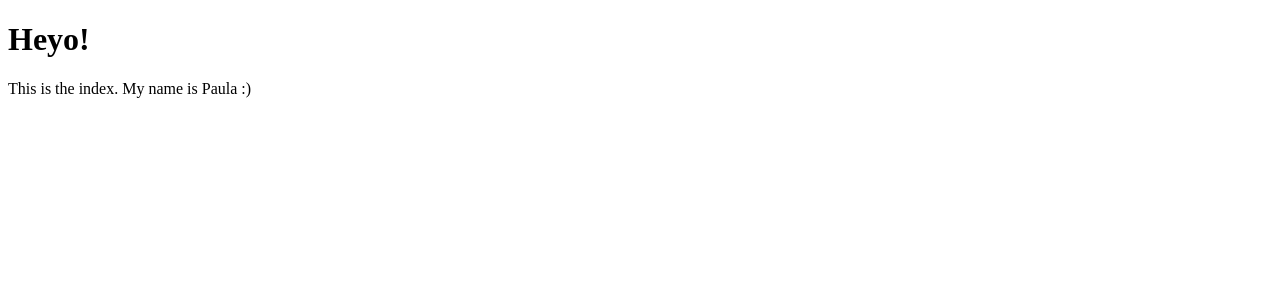
Repository: pflores002/pflores002.github.io
Page: index.html
The author's editor kept a record of every edit. The page is drawn from the files as they stood at one moment, then again after the next edit.
The browser window is 1280 px wide. The pictures show the whole page.

Above is the page before.

### index.html
<!DOCTYPE html>
<html>
<head>
<title>pflores2002</title>
</head>
<body>

<h1>Heyo!</h1>
<p>This is the index. My name is Paula :)</p>

</body>
</html>

After the next edit:
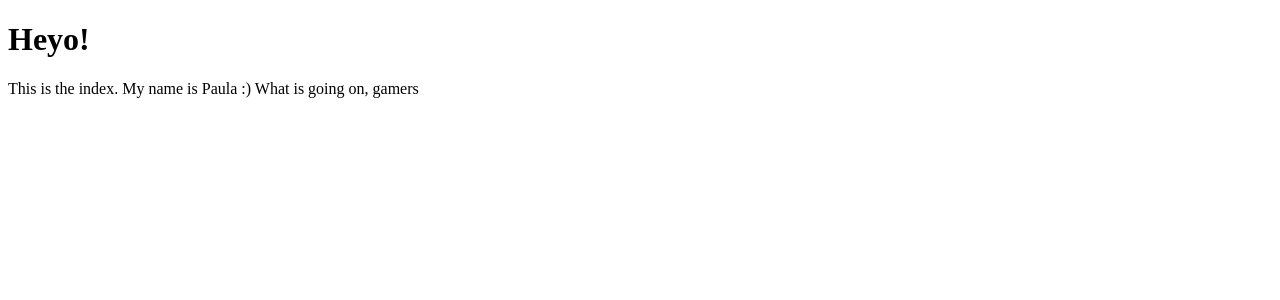
The edit:
--- a/index.html
+++ b/index.html
@@ -6,7 +6,7 @@
 <body>
 
 <h1>Heyo!</h1>
-<p>This is the index. My name is Paula :)</p>
+<p>This is the index. My name is Paula :) What is going on, gamers</p>
 
 </body>
 </html>
